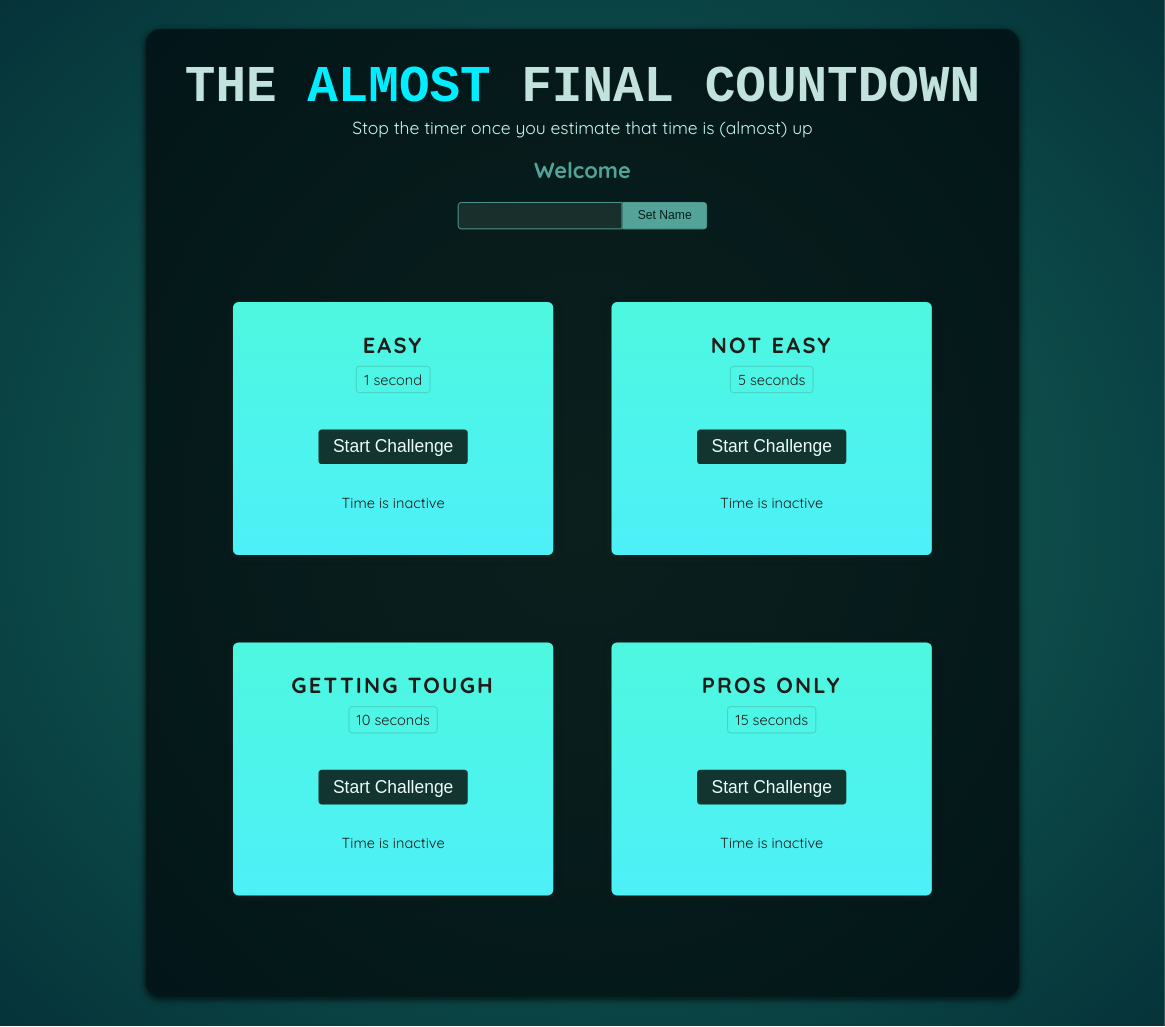
Repository: theshariqueanwer/reactjsts
Page: / (app in react-refs-and-portals/)
The author's editor kept a copy of each file at every save. The page is drawn from the files as they stood at one save, then again after the next save.
The browser window is 1280 px wide. The pictures show the whole page, at 91% of full size.
Some web fonts or font styles are not loaded; a fallback is used. The project was rebuilt for these pictures with package versions that can differ from the ones it lists, and the page was loaded fresh each time. Also part of the build but not shown: react-refs-and-portals/vite.config.js, react-refs-and-portals/src/components/Player.jsx, react-refs-and-portals/src/components/PlayerWithRefWithoutState.jsx.

Above is the page before, as saved 2024-02-01 01:51:43.

After the next save:
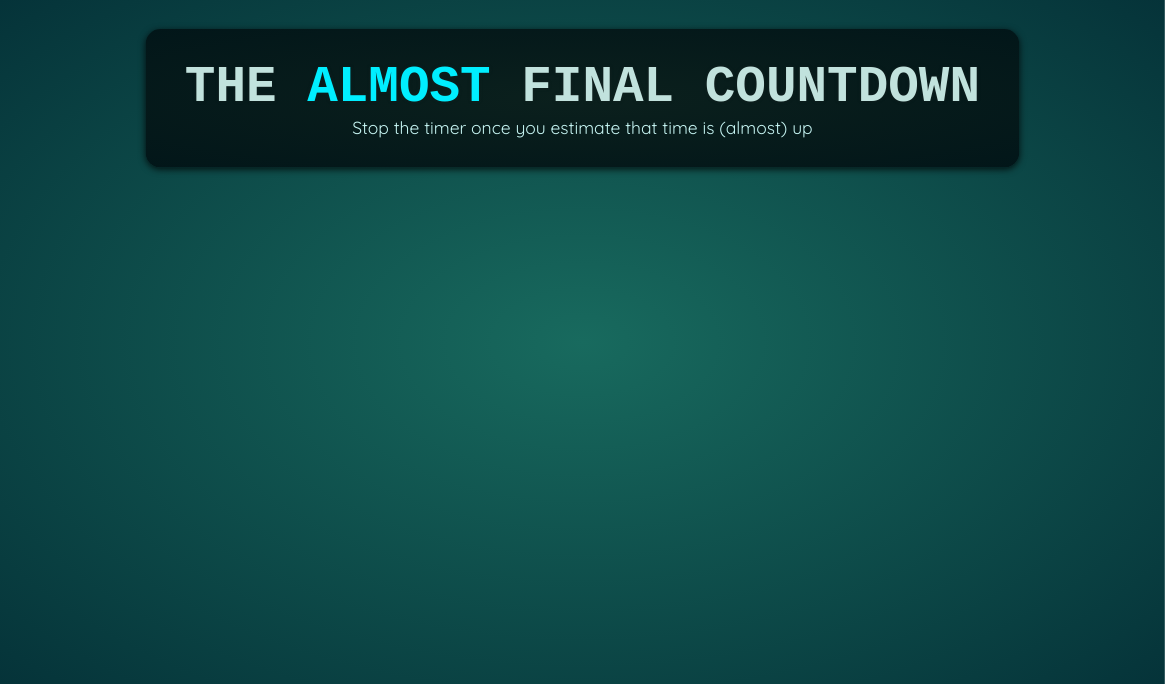
Console error: ReferenceError: timerExpired is not defined
Saved 8 min 58 s later.
--- a/react-refs-and-portals/src/components/TimerChallenge.jsx
+++ b/react-refs-and-portals/src/components/TimerChallenge.jsx
@@ -1,31 +1,23 @@
 import { useRef, useState } from "react";
 import ResultModal from "./ResultModal";
 
-// let timer;   // here also this is not the solution
-// so we can make use of useRef
-
 export default function TimerChallenge({ title, targetTime }) {
-  // let timer;   // here also this is not the solution
 
   const timer = useRef();
   const dialog = useRef();
 
-  const [timerStarted, setTimerStarted] = useState(false);
-  const [timerExpired, setTimerExpired] = useState(false);
+  const [timeRemaining, setTimeRemaining] = useState(targetTime * 1000)
+
+  const timerIsActive = timeRemaining > 0 && timeRemaining < targetTime * 1000;
 
   function handleStart() {
-    // setTimerStarted(true) // we write here or down below
-
     timer.current = setInterval(() => {
-      setTimerExpired(true);;
-      dialog.current.open();
+    setTimeRemaining(prevTimeRemaining => prevTimeRemaining - 10);
     }, 10);
-
-    setTimerStarted(true); // we write here or up before
   }
 
   function handleStop() {
-    clearTimeout(timer.current);
+    clearInterval(timer.current);
   }
 
   return (

After the 2 saves that followed:
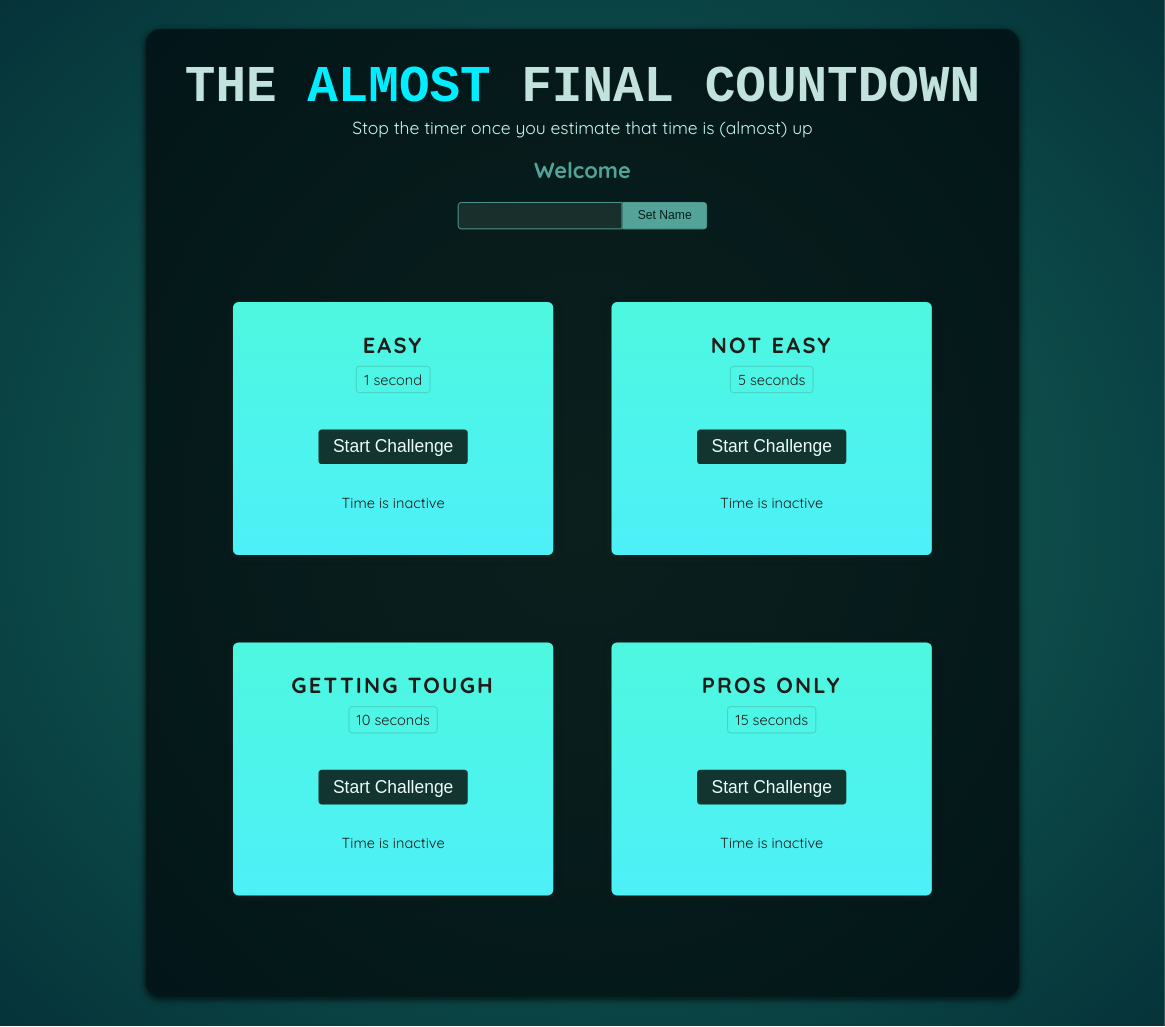
The error is gone.
The 2 saves are shown as one change because 1 left the picture as it was.
The last was saved 6 min 39 s later.
--- a/react-refs-and-portals/src/components/TimerChallenge.jsx
+++ b/react-refs-and-portals/src/components/TimerChallenge.jsx
@@ -9,6 +9,11 @@
   const [timeRemaining, setTimeRemaining] = useState(targetTime * 1000)
 
   const timerIsActive = timeRemaining > 0 && timeRemaining < targetTime * 1000;
+
+  if(timeRemaining <= 0) {
+    clearInterval(timer.current);
+    setTimeRemaining(targetTime * 1000);
+  }
 
   function handleStart() {
     timer.current = setInterval(() => {
@@ -32,17 +37,17 @@
 
       <section className="challenge">
         <h2>{title}</h2>
-        {timerExpired && <p>You Lost!</p>}
+        {timeRemaining <= 0 && <p>You Won!</p>}
         <p className="challenge-time">
           {targetTime} second{targetTime > 1 ? "s" : ""}
         </p>
         <p>
-          <button onClick={timerStarted ? handleStop : handleStart}>
-            {timerStarted ? "Stop" : "Start"} Challenge
+          <button onClick={timerIsActive ? handleStop : handleStart}>
+            {timerIsActive ? "Stop" : "Start"} Challenge
           </button>
         </p>
-        <p className={timerStarted ? "active" : undefined}>
-          {timerStarted ? "Time is Running..." : "Time is inactive"}
+        <p className={timerIsActive ? "active" : undefined}>
+          {timerIsActive ? "Time is Running..." : "Time is inactive"}
         </p>
       </section>
 
